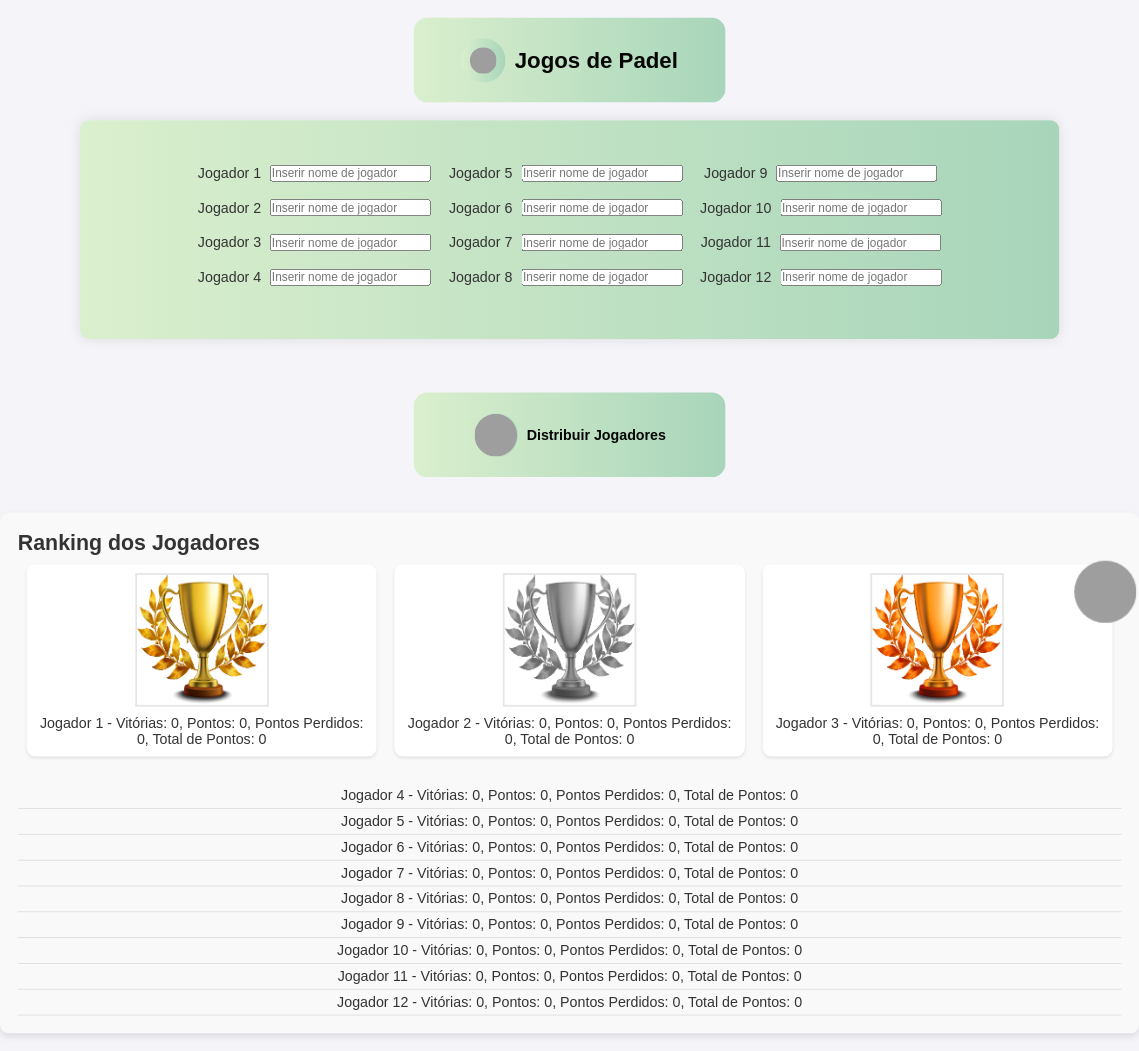
Repository: MarcioMiguel22/PadelMaster
Page: /calculadora
An editor plug-in stored every save of this project. The page is shown before and after the next save, followed by the edit.
The browser window is 1280 px wide. The pictures show the whole page, at 89% of full size.
Pictures or frames that could not be fetched are drawn as grey boxes. The project was rebuilt for these pictures with package versions that can differ from the ones it lists, and the page was loaded fresh each time. Also part of the build but not shown: vite.config.ts, src/pages/Home/Home.tsx, src/components/components_calculadora/TrocarJogadoresButton.module.css, src/components/components_calculadora/TrocarJogadoresButton.tsx, src/components/components_calculadora/Campo.tsx, src/components/components_calculadora/Jogo.tsx, src/components/components_calculadora/ExportButton.module.css, src/components/components_calculadora/ExportButton.tsx and 5 more.

Above is the page before, as saved 2024-06-21 23:34:04.

After the next save:
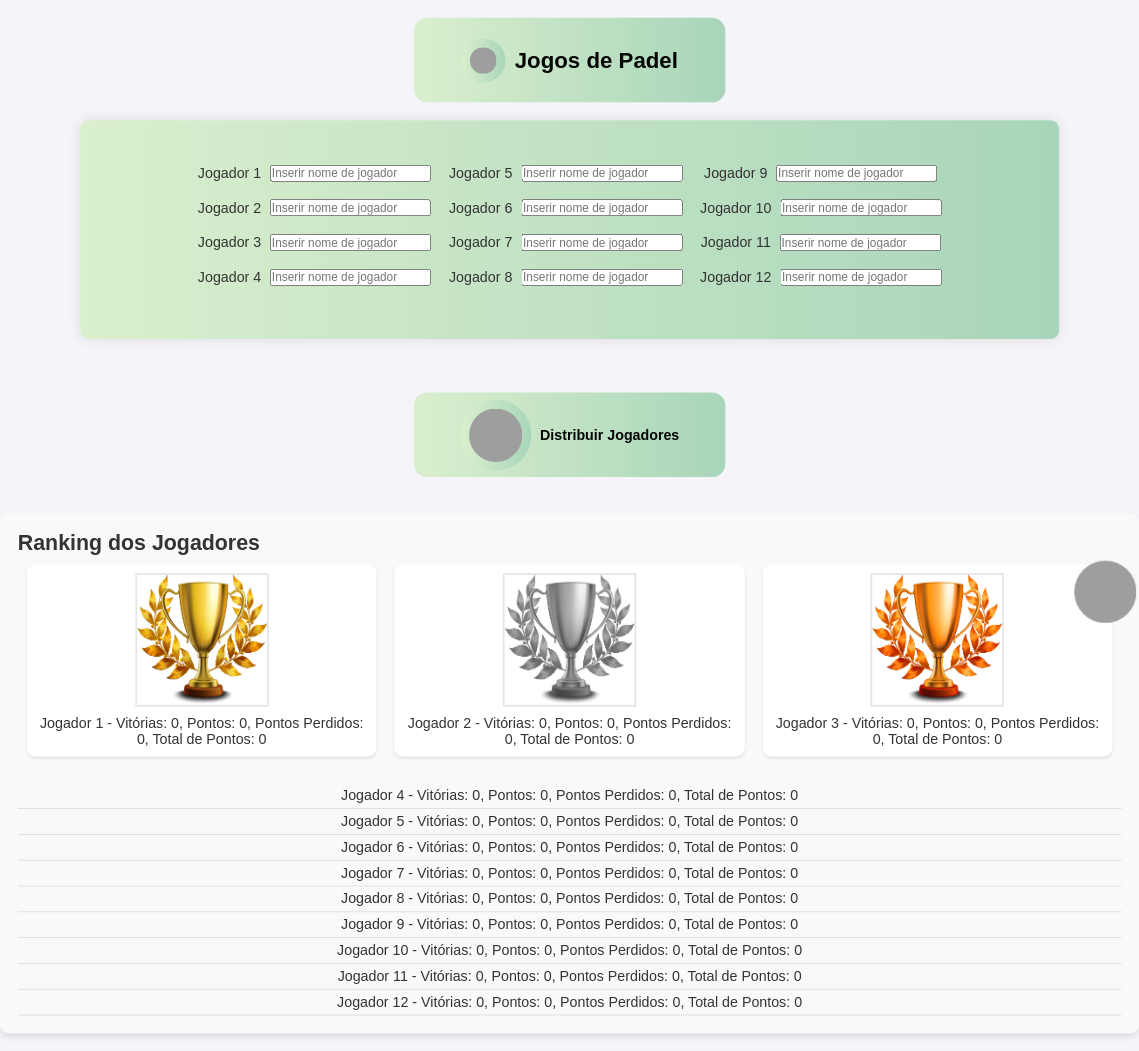
Saved 11 min 59 s later.
--- a/src/components/components_calculadora/DistributeButton.module.css
+++ b/src/components/components_calculadora/DistributeButton.module.css
@@ -25,11 +25,11 @@
 }
 
 .tennisBall {
-  width: 50px;
-  height: 50px;
+  width: 80px;
+  height: 80px;
   background: linear-gradient(to right, #daefcd, #a8d5ba);
-  border-radius: 100%;
-  padding: 1px;
+  border-radius: 50%;
+  padding: 10px;
   transition: transform 1s ease-in-out; /* Adiciona uma transição suave */
 }
 
